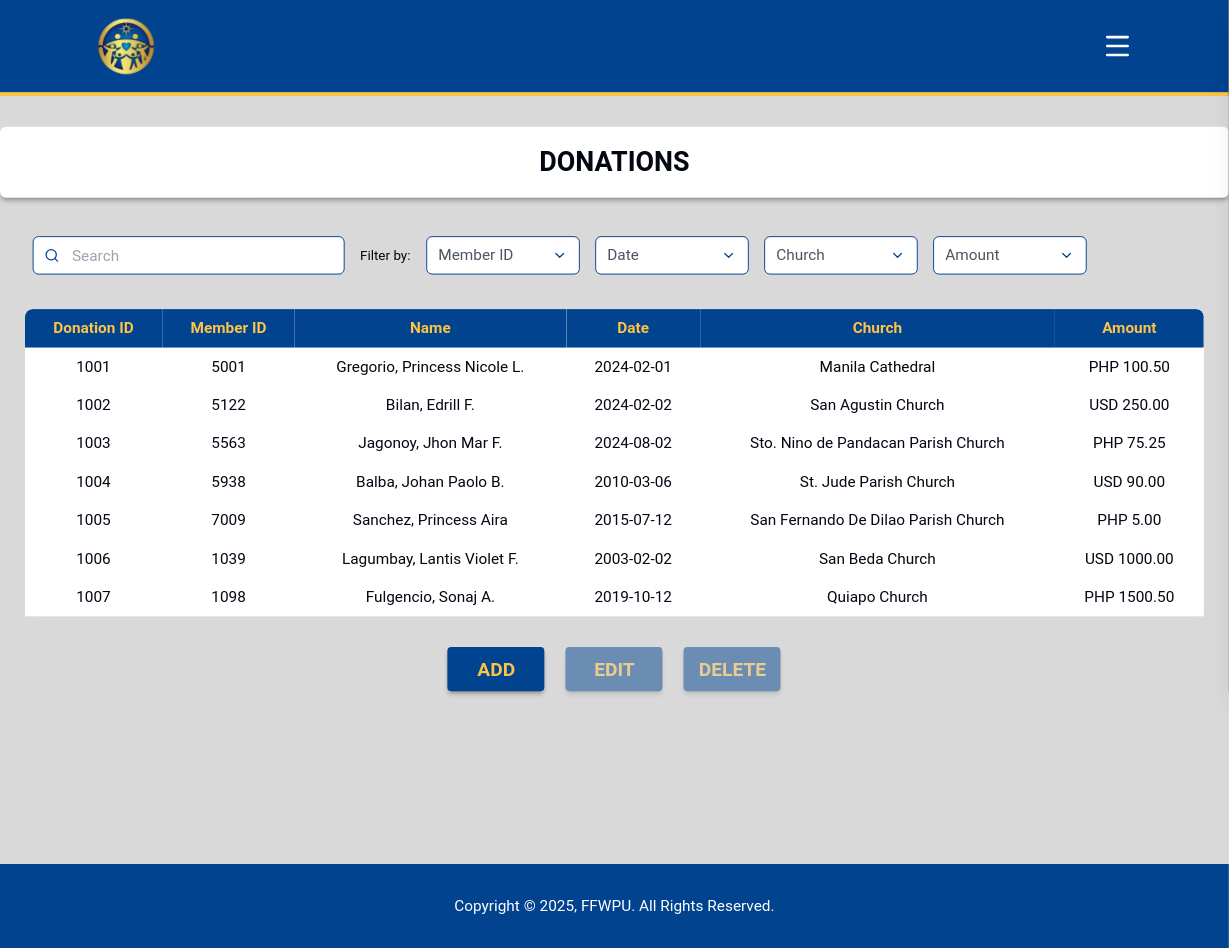
Repository: CoderTofu/FFWPU_System
Page: /donation
An editor plug-in stored every save of this project. The page is shown before and after the next save, followed by the edit.
The browser window is 1280 px wide. The pictures show the whole page, at 96% of full size.
The project was rebuilt for these pictures with package versions that can differ from the ones it lists, and the page was loaded fresh each time. The framework's server and built-in components were replaced by stand-ins that run in the browser. Also part of the build but not shown: next.config.ts, src/components/NavbarPublic.tsx, src/components/FooterPublic.tsx, src/lib/utils.ts, src/components/ui/dialog.tsx, src/components/ui/button.tsx, src/components/Modal.tsx.

Above is the page before, as saved 2025-03-07 11:41:16.

After the next save:
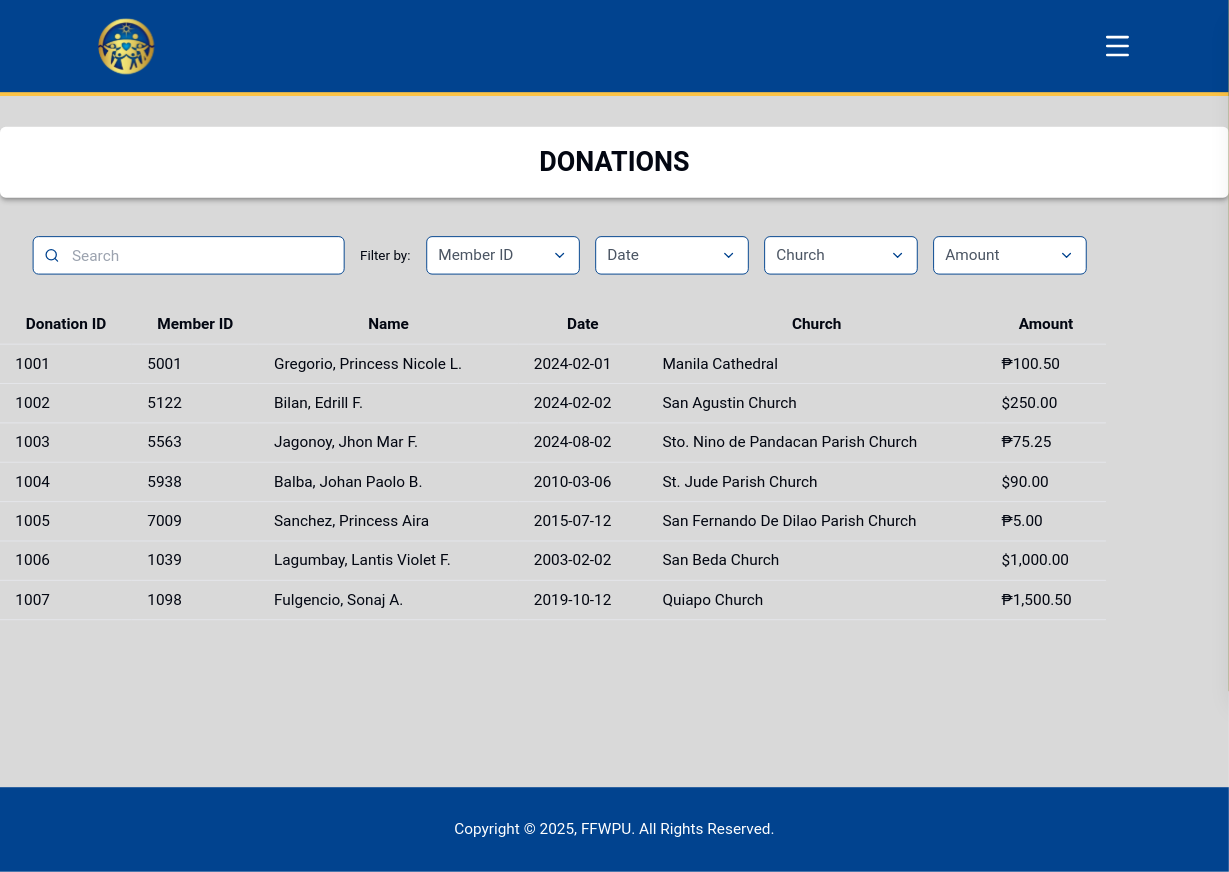
Saved 4 min 45 s later.
--- a/src/app/(private)/donation/page.tsx
+++ b/src/app/(private)/donation/page.tsx
@@ -56,6 +56,27 @@
     const currency = amount.split(" ")[0]; // Extract currency (USD or PHP)
     const value = parseFloat(amount.split(" ")[1]); // Extract the number
     return value * exchangeRates[currency as keyof typeof exchangeRates]; // Convert to PHP equivalent
+  };
+
+  // Function to format the amount as currency using Intl.NumberFormat
+  const formatCurrency = (amount: string) => {
+    const currency = amount.split(" ")[0]; // Extract currency (USD or PHP)
+    const value = parseFloat(amount.split(" ")[1]); // Extract the number
+
+    if (currency === "USD") {
+      return new Intl.NumberFormat("en-US", {
+        style: "currency",
+        currency: "USD",
+        minimumFractionDigits: 2,
+      }).format(value);
+    } else if (currency === "PHP") {
+      return new Intl.NumberFormat("en-PH", {
+        style: "currency",
+        currency: "PHP",
+        minimumFractionDigits: 2,
+      }).format(value);
+    }
+    return amount; // Fallback if no match found
   };
 
   // Function to sort data based on the Amount (considering the currency)
@@ -117,40 +138,28 @@
         />
       </div>
 
-      <div className="overflow-hidden rounded-lg mt-5 mx-auto sm:w-[90%] md:w-[90%] lg:w-[90%] xl:w-[96%] items-center justify-center">
-        <div className="bg-white">
-          <Table data={sortedData} columns={column} onRowSelect={setSelectedRow} />
-        </div>
-
-        <div className="font-bold text-[#FCC346] text-[20px] mt-[32px] mb-[180px] flex flex-wrap justify-center gap-[22px]">
-          <button onClick={handleAddClick} className="w-[101px] bg-[#01438F] p-2 rounded-sm shadow-md shadow-black/25">
-            ADD
-          </button>
-
-          <button
-            onClick={() => { console.log(selectedRow); setSelectedRow(null); handleEditClick() }}
-            disabled={!selectedRow}
-            className={`${selectedRow ? "w-[101px] bg-[#01438F] p-2 rounded-sm shadow-md shadow-black/25" : "w-[101px] bg-[#01438F] p-2 rounded-sm shadow-md shadow-black/25 opacity-50 cursor-not-allowed"}`}
-          >
-            EDIT
-          </button>
-
-          <button
-            onClick={() => setShowDeleteModal(true)}
-            disabled={!selectedRow}
-            className={`${selectedRow ? "w-[101px] bg-[#01438F] p-2 rounded-sm shadow-md shadow-black/25" : "w-[101px] bg-[#01438F] p-2 rounded-sm shadow-md shadow-black/25 opacity-50 cursor-not-allowed"}`}
-          >
-            DELETE
-          </button>
-        </div>
-
-        {showDeleteModal && (
-          <Modal
-            isOpen={showDeleteModal}
-            onClose={() => setShowDeleteModal(false)}
-            onConfirm={() => { console.log(""); setShowDeleteModal(false); }}
-          />
-        )}
+      <div className="w-full max-w-6xl mt-4">
+        <table className="table-auto w-full border-collapse">
+          <thead>
+            <tr>
+              {column.lg.map((col, idx) => (
+                <th key={idx} className="px-4 py-2 border-b">{col}</th>
+              ))}
+            </tr>
+          </thead>
+          <tbody>
+            {sortedData.map((row) => (
+              <tr key={row["Donation ID"]} className="border-b">
+                <td className="px-4 py-2">{row["Donation ID"]}</td>
+                <td className="px-4 py-2">{row["Member ID"]}</td>
+                <td className="px-4 py-2">{row.Name}</td>
+                <td className="px-4 py-2">{row.Date}</td>
+                <td className="px-4 py-2">{row.Church}</td>
+                <td className="px-4 py-2">{formatCurrency(row.Amount)}</td>
+              </tr>
+            ))}
+          </tbody>
+        </table>
       </div>
     </div>
   );

After the save that followed:
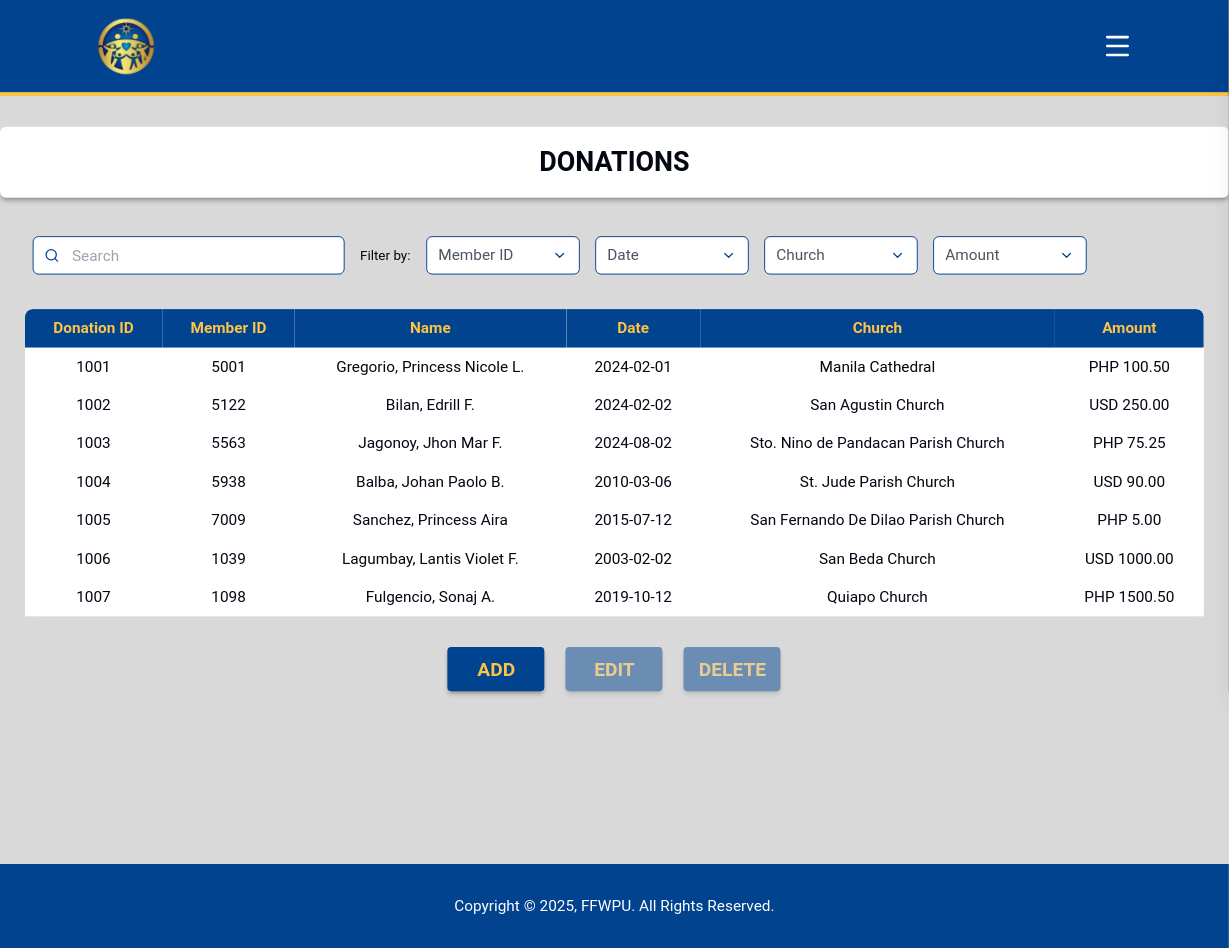
Saved 105 s later.
--- a/src/app/(private)/donation/page.tsx
+++ b/src/app/(private)/donation/page.tsx
@@ -56,27 +56,6 @@
     const currency = amount.split(" ")[0]; // Extract currency (USD or PHP)
     const value = parseFloat(amount.split(" ")[1]); // Extract the number
     return value * exchangeRates[currency as keyof typeof exchangeRates]; // Convert to PHP equivalent
-  };
-
-  // Function to format the amount as currency using Intl.NumberFormat
-  const formatCurrency = (amount: string) => {
-    const currency = amount.split(" ")[0]; // Extract currency (USD or PHP)
-    const value = parseFloat(amount.split(" ")[1]); // Extract the number
-
-    if (currency === "USD") {
-      return new Intl.NumberFormat("en-US", {
-        style: "currency",
-        currency: "USD",
-        minimumFractionDigits: 2,
-      }).format(value);
-    } else if (currency === "PHP") {
-      return new Intl.NumberFormat("en-PH", {
-        style: "currency",
-        currency: "PHP",
-        minimumFractionDigits: 2,
-      }).format(value);
-    }
-    return amount; // Fallback if no match found
   };
 
   // Function to sort data based on the Amount (considering the currency)
@@ -138,28 +117,40 @@
         />
       </div>
 
-      <div className="w-full max-w-6xl mt-4">
-        <table className="table-auto w-full border-collapse">
-          <thead>
-            <tr>
-              {column.lg.map((col, idx) => (
-                <th key={idx} className="px-4 py-2 border-b">{col}</th>
-              ))}
-            </tr>
-          </thead>
-          <tbody>
-            {sortedData.map((row) => (
-              <tr key={row["Donation ID"]} className="border-b">
-                <td className="px-4 py-2">{row["Donation ID"]}</td>
-                <td className="px-4 py-2">{row["Member ID"]}</td>
-                <td className="px-4 py-2">{row.Name}</td>
-                <td className="px-4 py-2">{row.Date}</td>
-                <td className="px-4 py-2">{row.Church}</td>
-                <td className="px-4 py-2">{formatCurrency(row.Amount)}</td>
-              </tr>
-            ))}
-          </tbody>
-        </table>
+      <div className="overflow-hidden rounded-lg mt-5 mx-auto sm:w-[90%] md:w-[90%] lg:w-[90%] xl:w-[96%] items-center justify-center">
+        <div className="bg-white">
+          <Table data={sortedData} columns={column} onRowSelect={setSelectedRow} />
+        </div>
+
+        <div className="font-bold text-[#FCC346] text-[20px] mt-[32px] mb-[180px] flex flex-wrap justify-center gap-[22px]">
+          <button onClick={handleAddClick} className="w-[101px] bg-[#01438F] p-2 rounded-sm shadow-md shadow-black/25">
+            ADD
+          </button>
+
+          <button
+            onClick={() => { console.log(selectedRow); setSelectedRow(null); handleEditClick() }}
+            disabled={!selectedRow}
+            className={`${selectedRow ? "w-[101px] bg-[#01438F] p-2 rounded-sm shadow-md shadow-black/25" : "w-[101px] bg-[#01438F] p-2 rounded-sm shadow-md shadow-black/25 opacity-50 cursor-not-allowed"}`}
+          >
+            EDIT
+          </button>
+
+          <button
+            onClick={() => setShowDeleteModal(true)}
+            disabled={!selectedRow}
+            className={`${selectedRow ? "w-[101px] bg-[#01438F] p-2 rounded-sm shadow-md shadow-black/25" : "w-[101px] bg-[#01438F] p-2 rounded-sm shadow-md shadow-black/25 opacity-50 cursor-not-allowed"}`}
+          >
+            DELETE
+          </button>
+        </div>
+
+        {showDeleteModal && (
+          <Modal
+            isOpen={showDeleteModal}
+            onClose={() => setShowDeleteModal(false)}
+            onConfirm={() => { console.log(""); setShowDeleteModal(false); }}
+          />
+        )}
       </div>
     </div>
   );
